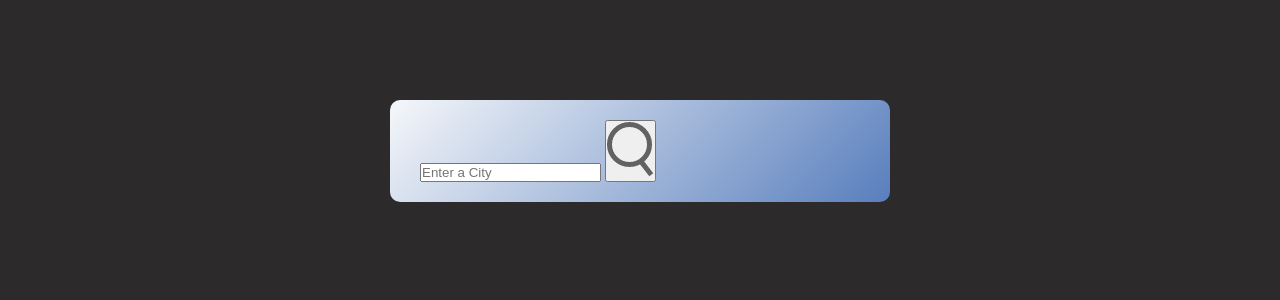
Repository: Haakim19/weatherApp
Page: index.html
These files come from the project's save history. The page is drawn as it stood at one moment and after the next save; the edit follows.
The browser window is 1280 px wide. The pictures show the whole page.

Above is the page before, as saved 2024-11-16 21:00:39.

After the next save:
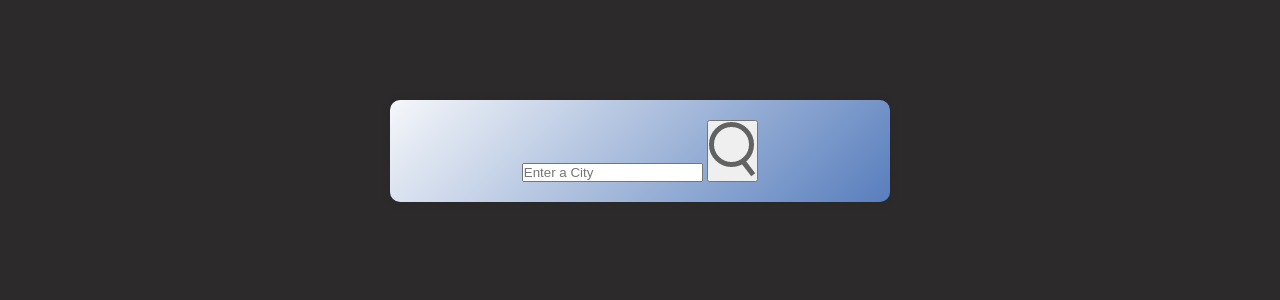
Saved 21 s later.
--- a/style.css
+++ b/style.css
@@ -16,4 +16,6 @@ body{
     margin: 100px auto 0 ;
     border-radius: 10px;
     padding: 20px 30px;
+    text-align: center;
+    box-shadow: 0 0 10px rgba(0,0,0,0.1);
 }
